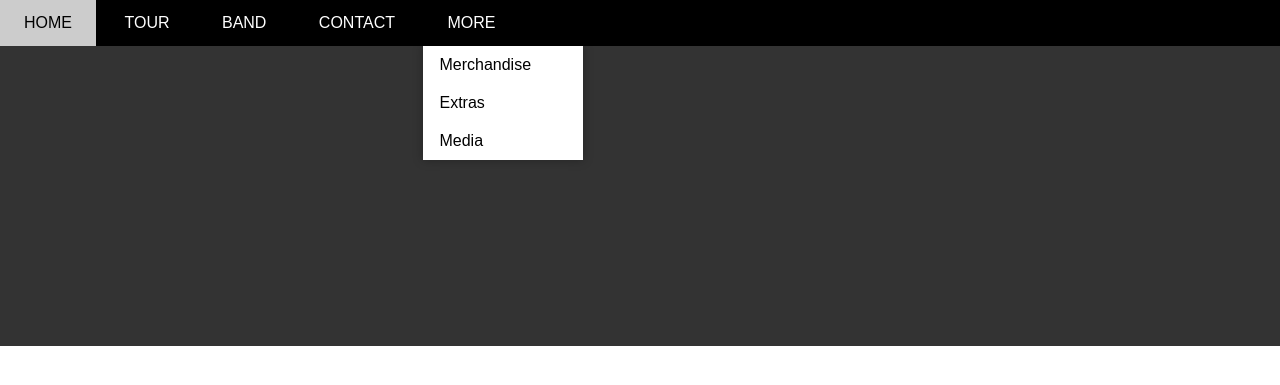
Repository: ducvui2003/LTCB
Page: index.html
The author's editor kept a copy of each file at every save. The page is drawn from the files as they stood at one save, then again after the next save.
The browser window is 1280 px wide. The pictures show the whole page.

Above is the page before, as saved 2022-01-04 11:32:59.

After the next save:
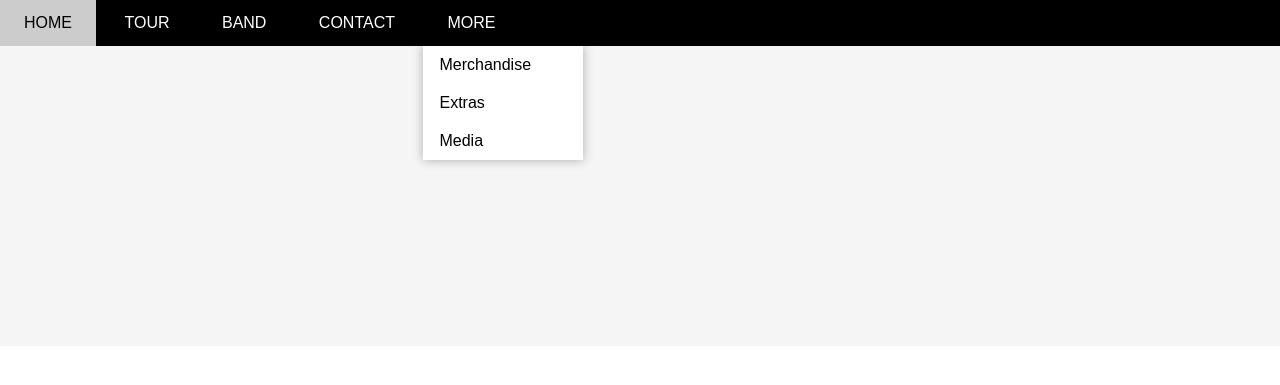
Saved 22 s later.
--- a/assest/Css/styles.css
+++ b/assest/Css/styles.css
@@ -68,7 +68,7 @@
 
 #slides {
     min-height: 300px;
-    background-color: #333;
+    background-color: whitesmoke;
 }
 
 #content {}
